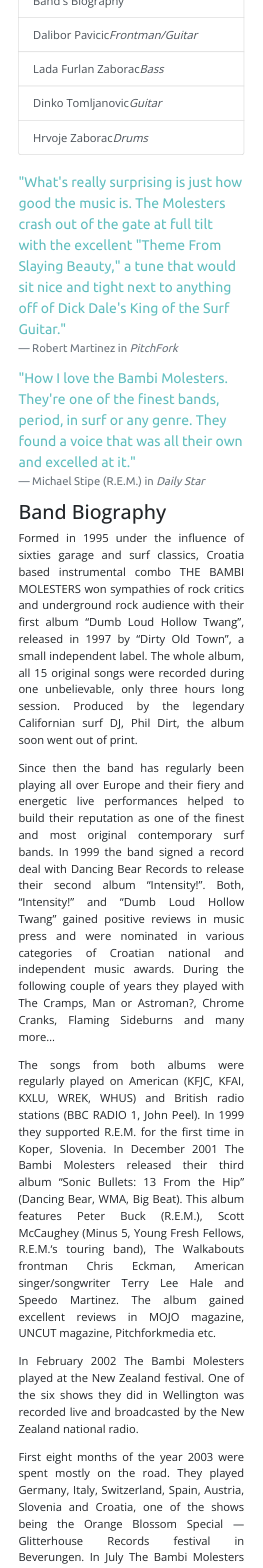
Repository: NamcorStudent/Stream_1_Project_HTML5-CSS3
Page: about.html
The author's editor kept a record of every edit. The page is drawn from the files as they stood at one moment, then again after the next edit.
The browser window is 375 px wide. The pictures show the part of the page from y = 309 to 2549 px (the page is 5405 px tall before and 5434 px after), at 70% of full size.
Some web libraries are served in a nearby version.

Above is the page before.

### about.html
<!DOCTYPE html>
<html lang="en">

<head>
    <meta charset="UTF-8">
    <meta name="viewport" content="width=device-width, initial-scale=1.0">
    <meta http-equiv="X-UA-Compatible" content="ie=edge">
    <link rel="stylesheet" href="https://maxcdn.bootstrapcdn.com/bootstrap/4.2.1/css/bootstrap.min.css" type="text/css" />
    <link rel="stylesheet" href="https://maxcdn.bootstrapcdn.com/font-awesome/4.7.0/css/font-awesome.min.css" type="text/css" />
    <link rel="stylesheet" href="assets/css/style.css" type="text/css" />
    <title>The Bambi Molesters | Official</title>
</head>

<body>
    <!--Alert for subscription-->
    <div class="container-fluid alert-container">
        <div class="row d-none d-sm-block no-gutters">
            <div class="col-12">
                <div class="alert alert-warning">
                    <strong>NEW feature is on!</strong> Weekly update on gigs, festivals and product with prizes to collect. <a href="#" data-toggle="modal" data-target="#subscribeModal">Click here to suscribe on Newsletter</a>
                </div>
            </div>
        </div>
    </div>
    <!--Social & Nav-->
    <div class="container-fluid nav-wrapper">
        <nav class="navbar navbar-light navbar-expand-sm">
            <div class="social-links mr-auto">
                <ul class="list-inline social-links">
                    <li class="list-inline-item">
                        <a target="_blank" href="https://www.facebook.com/pages/category/Musician-Band/The-Bambi-Molesters-10150106968535328/">
                            <i class="fa fa-facebook" aria-hidden="true"></i>
                            <span class="sr-only">Facebook</span>
                        </a>
                    </li>
                    <li class="list-inline-item">
                        <a target="_blank" href="https://open.spotify.com/artist/1dRGueaS4tR1zmizinwXbx">
                            <i class="fa fa-spotify" aria-hidden="true"></i>
                            <span class="sr-only">Spotify</span>
                        </a>
                    </li>
                    <li class="list-inline-item">
                        <a target="_blank" href="https://www.youtube.com/user/bambimolesters">
                            <i class="fa fa-youtube" aria-hidden="true"></i>
                            <span class="sr-only">YouTube</span>
                        </a>
                    </li>
                    <li class="list-inline-item">
                        <a target="_blank" href="https://www.instagram.com/explore/tags/bambimolesters/">
                            <i class="fa fa-instagram" aria-hidden="true"></i>
                            <span class="sr-only">Instagram</span>
                        </a>
                    </li>
                    <li class="list-inline-item">
                        <a target="_blank" href="https://twitter.com/bambimolesters?lang=en">
                            <i class="fa fa-twitter" aria-hidden="true"></i>
                            <span class="sr-only">Twitter</span>
                        </a>
                    </li>
                    <li class="list-inline-item">
                        <a target="_blank" href="https://www.discogs.com/artist/342698-The-Bambi-Molesters">
                            <button class="btn btn-dark" aria-hidden="true">Shop</button>
                            <span class="sr-only">Shop</span>
                        </a>
                    </li>
                </ul>
            </div>
            <!-- Collaps Nav-Same container as nav-->

            <button class="navbar-toggler" type="button" data-toggle="collapse" data-target="#navbarTogglerDropdown" aria-controls="navbarTogglerDemo02" aria-expanded="false" aria-label="Toggle navigation">
            <span class="navbar-toggler-icon"></span>
            </button>
            <div class="collapse navbar-collapse" id="navbarTogglerDropdown">
                <ul class="navbar-nav ml-auto">
                    <li class="nav-item mr-2"><a class="nav-link" href="index.html">Home</a></li>
                    <li class="active nav-item mr-2"><a class="nav-link" href="about.html">About</a></li>
                    <li class="nav-item dropdown mr-2">
                        <a class="nav-link dropdown-toggle" href="#" id="navbarDropdownMenuLink" role="button" data-toggle="dropdown" aria-haspopup="true" aria-expanded="false">
                          Media
                        </a>
                        <div class="dropdown-menu" aria-labelledby="navbarDropdownMenuLink">
                            <a class="dropdown-item" href="video.html">Video</a>
                            <a class="dropdown-item" href="music.html">Music</a>
                            <a class="dropdown-item" href="gallery.html">Gallery</a>
                        </div>
                    </li>
                    <li class="nav-item mr-2"><a class="nav-link" href="gigs.html">Gigs</a></li>
                    <li class="nav-item mr-2"><a class="nav-link" href="contact.html">Contact</a></li>
                    <li class="nav-item mr-2 d-block d-sm-none"><a class="nav-link btn btn-success" href="#" data-toggle="modal" data-target="#subscribeModal">Click to suscribe on Newsletter!!!</a></li>
                </ul>
            </div>
        </nav>
    </div>
    <!-- Callout & BG Image-->
    <div class="container-fluid callout-container">
        <div class="row">
            <div class="col-3 page-title">
                <h1><span>About</span></h1>
            </div>
            <div class="col-12 hero-image">
                <div class="row ">
                    <div class="col">
                        <div class="jumbotron text-center">
                            <h6 class="d-block d-sm-none">Special occasion comming up?</h6>
                            <p class="lead d-none d-sm-block">Get world's best surf band to make the groove..</p>
                            <p><button class="btn btn-lg btn-success btn-cta" data-toggle="modal" data-target="#signUpModal">Hire us!</button></p>
                        </div>
                    </div>
                </div>
                <a href="index.html"><img src="assets/images/about1024x814.jpg"></img></a>
            </div>
        </div>
    </div>


    <!--Content unique to the page-->
    <div class="conteiner-fluid page-content-container">
        <div class="row">
            <div class="col-sm-4" id="band-selection">
                <div class="list-group band-memebers">
                    <a href="#written-biography" class="list-group-item list-group-item-action">
                           Band's Biography</a>
                    <a href="#dalibor" class="list-group-item list-group-item-action">
                           Dalibor Pavicic<i>Frontman/Guitar</i></a>
                    <a href="#lada" class="list-group-item list-group-item-action">
                           Lada Furlan Zaborac<i>Bass</i></a>
                    <a href="#dinko" class="list-group-item list-group-item-action">
                           Dinko Tomljanovic<i>Guitar</i></a>
                    <a href="#hrvoje" class="list-group-item list-group-item-action">
                           Hrvoje Zaborac<i>Drums</i></a>
                </div>
                <div class="row quotes">
                    <div class="col">
                        <blockquote class="blockquote">
                            <p class="mb-0">"What's really surprising is just how good the music is. The Molesters crash out of the gate at full tilt with the excellent "Theme From Slaying Beauty," a tune that would sit nice and tight next to anything off of Dick Dale's
                                King of the Surf Guitar."</p>
                            <footer class="blockquote-footer">Robert Martinez in <cite title="Source Title">PitchFork</cite></footer>
                        </blockquote>
                        <blockquote class="blockquote">
                            <p class="mb-0">"How I love the Bambi Molesters. They're one of the finest bands, period, in surf or any genre. They found a voice that was all their own and excelled at it."</p>
                            <footer class="blockquote-footer">Michael Stipe (R.E.M.) in <cite title="Source Title">Daily Star</cite></footer>
                        </blockquote>
                        <blockquote class="blockquote d-none d-sm-block">
                            <p class="mb-0">"You really can't label greatness, or categorize awesomeness. There are too many things to say about the Bambi Molesters."</p>
                            <footer class="blockquote-footer">Bob Patino in <cite title="Source Title">Times New Roman</cite></footer>
                        </blockquote>
                        <blockquote class="blockquote d-none d-sm-block">
                            <p class="mb-0">"They did, and kept rising the bar for all others. Production on the masterpiece "As The Dark Wave Swells" was perfection, demonstrating how established and comfortable a band can be, with clear musical goals."</p>
                            <footer class="blockquote-footer">Robert Christgau in <cite title="Source Title">Rolling Stone</cite></footer>
                        </blockquote>
                        <blockquote class="blockquote d-none d-sm-block">
                            <p class="mb-0">"Dalibor setting most of the tone with confidence, while Dinko flies around him like some obsessed raptor. Innovative use of twin guitar lines, where lead and rhythm intersect in ways never heard before, changing roles, creating
                                incredible rich textures by use of contrast and tasteful orchestration. "</p>
                            <footer class="blockquote-footer">Eamon Dunphy in <cite title="Source Title">The Washington Post</cite></footer>
                        </blockquote>
                        <blockquote class="blockquote d-none d-sm-block">
                            <p class="mb-0">"The Bambi Molesters were one of these bands that demonstrated to me how there was "something different" about European modern instrumental bands, where the melodic content was so memorable and not a rehash of early 60s licks,
                                riffs and phrases."</p>
                            <footer class="blockquote-footer">Anne Midgette in <cite title="Source Title">Der Spiegel</cite></footer>
                        </blockquote>

                    </div>
                </div>
            </div>
            <div class="col-sm-8 band-bio-container" id="band-bio">
                <h3 id="written-biography">Band Biography</h3>
                <p>Formed in 1995 under the influence of sixties garage and surf classics, Croatia based instrumental combo THE BAMBI MOLESTERS won sympathies of rock critics and underground rock audience with their first album “Dumb Loud Hollow Twang”,
                    released in 1997 by “Dirty Old Town”, a small independent label. The whole album, all 15 original songs were recorded during one unbelievable, only three hours long session. Produced by the legendary Californian surf DJ, Phil Dirt,
                    the album soon went out of print.</p>
                <p>Since then the band has regularly been playing all over Europe and their fiery and energetic live performances helped to build their reputation as one of the finest and most original contemporary surf bands. In 1999 the band signed a record
                    deal with Dancing Bear Records to release their second album “Intensity!”. Both, “Intensity!” and “Dumb Loud Hollow Twang” gained positive reviews in music press and were nominated in various categories of Croatian national and independent
                    music awards. During the following couple of years they played with The Cramps, Man or Astroman?, Chrome Cranks, Flaming Sideburns and many more…</p>
                <p>The songs from both albums were regularly played on American (KFJC, KFAI, KXLU, WREK, WHUS) and British radio stations (BBC RADIO 1, John Peel). In 1999 they supported R.E.M. for the first time in Koper, Slovenia. In December 2001 The
                    Bambi Molesters released their third album “Sonic Bullets: 13 From the Hip” (Dancing Bear, WMA, Big Beat). This album features Peter Buck (R.E.M.), Scott McCaughey (Minus 5, Young Fresh Fellows, R.E.M.‘s touring band), The Walkabouts
                    frontman Chris Eckman, American singer/songwriter Terry Lee Hale and Speedo Martinez. The album gained excellent reviews in MOJO magazine, UNCUT magazine, Pitchforkmedia etc.</p>
                <p>In February 2002 The Bambi Molesters played at the New Zealand festival. One of the six shows they did in Wellington was recorded live and broadcasted by the New Zealand national radio.</p>
                <p>First eight months of the year 2003 were spent mostly on the road. They played Germany, Italy, Switzerland, Spain, Austria, Slovenia and Croatia, one of the shows being the Orange Blossom Special — Glitterhouse Records festival in Beverungen.
                    In July The Bambi Molesters supported R.E.M. on three shows of their European tour (Locarno/CH, Wien/A, Wiesbaden/D).</p>
                <p>Immediately after the touring stopped the band went to studio to re-record their first album, rearranging some of the songs, and adding bonus tracks. The so-called remake of their out-of-print album titled “Dumb Loud Hollow Twang – Deluxe”
                    was released in December 2003. A bonus DVD featuring documentary about the band, “The Bambi Molesters Backstage Pass”, that includes footage shot 1999-2003 (covering band’s different shows as well as Bambi Molesters’ R.E.M. support
                    act gigs) was exclusively added to this release.</p>
                <p>In January 2004 The Bambi Molesters joined forces with Walkabouts’ frontman Chris Eckman and formed “The Strange”. The band worked with Phil Brown (engineer and co-producer) in the Slovenian studio Metro in Ljubljana where they recorded
                    a collaboration album “Nights of Forgotten Films”, released in 2004. Upon release, in Summer 2004 a promo tour took place with special guest Scott McCaughey. Some of the recordings taken live during this tour can be heard on the second
                    The Strange release, “Comin’ Undone” EP, released at the end of the same year.</p>
                <p>In Spring and Autumn 2009 the band recorded new songs for the fourth studio album, “As the Dark Wave Swells”. Album was released at the begining of 2010. Highly acclaimed in the music press (Uncut, Q Magazine, Sunday Times, The Sun), the
                    album reaffirmed The Bambi Molesters as one of the most interesting modern instrumental rock combos. Two years of live shows followed, many of them done in the accompaniment of additional musicians (keyboards and brass section) which
                    instigated the idea of recording a live album and doing a concert movie.</p>
                <p>Latest release, a double live album “A Night in Zagreb” was released in December 2011. It consists of a double CD & DVD featuring the band’s first concert movie, a music “film noir” account of the show done in March the same year, directed
                    by Marc Littler.</p>
                <a href="#band-selection" class="d-none d-sm-block"><button type="button" class="btn btn-outline-secondary">Return to the top of the page!</button></a>
                <a href="about.html" class="d-sm-none"><button type="button" class="btn btn-outline-secondary">Return to the top of the page!</button></a>
                <h3 id="dalibor">Dalibor Pavicic</h3>
                <p>Music attracts him from small feet. His mother was a chemical technician, and his father worked at the refinery laboratory. He encouraged him to play music for him and he was no match against the environment in which he lived, unlike most
                    domestic rockers, rather than just the opposite - a window into a more colorful life. "I played a drum I did not have in primary school, so I hit the probes in a large empty detergent box. Then there was a lack of detergent, so when
                    I entered the bus, the old people were jealous because they were interested in where I bought it - says Dalibor. He has gone through various music genres, eventually falling in love with the surf instrument he has met with guitarist
                    Dinko.
                </p>
                <a href="#band-selection" class="d-none d-sm-block"><button type="button" class="btn btn-outline-secondary">Return to the top of the page!</button></a>
                <a href="about.html" class="d-sm-none"><button type="button" class="btn btn-outline-secondary">Return to the top of the page!</button></a>
                <h3 id="lada">Lada Furlan Zaborac</h3>
                <p>She was born in 1976 in Sisak where she lives and works. She graduated from Literature and English in Zagreb, a musician and translator. She has performed Jack Kerouac, Neil Younga and Orwell Animal Farm, and is the music scene of the
                    The Bambi Molesters bassist group and (since 2004) The Strange group.</p>
                <a href="#band-selection" class="d-none d-sm-block"><button type="button" class="btn btn-outline-secondary">Return to the top of the page!</button></a>
                <a href="about.html" class="d-sm-none"><button type="button" class="btn btn-outline-secondary">Return to the top of the page!</button></a>
                <h3 id="dinko">Dinko Tomljanovic</h3>
                <p>"Dinko was my neighbor, who then played some African music on a guitar, and when I first heard him, I could not believe how good he was. We first started as a vocal band, but when people told us they were instrumental better, I quit singing.
                    I believe we were different from other bands because of that and that helped, "says Dalibor.</p>
                <a href="#band-selection" class="d-none d-sm-block"><button type="button" class="btn btn-outline-secondary">Return to the top of the page!</button></a>
                <a href="about.html" class="d-sm-none"><button type="button" class="btn btn-outline-secondary">Return to the top of the page!</button></a>
                <h3 id="hrvoje">Hrvoje Zaborac</h3>
                <p>We played without bass and drum. But since Sisak is a small town, my friend sent me to a super drummer and so we came to Hrvoje. Lada, his girlfriend who finished the music school, then played the piano. We wondered if he wanted to try
                    us on bass and that's how they came up with Bambies - says Dalibor, who named the band Bambi Molesters for a laugh.</p>
                <a href="#band-selection" class="d-none d-sm-block"><button type="button" class="btn btn-outline-secondary">Return to the top of the page!</button></a>
                <a href="about.html" class="d-sm-none"><button type="button" class="btn btn-outline-secondary">Return to the top of the page!</button></a>
            </div>
        </div>
    </div>

    <!---Modal for subscription-->
    <div class="modal" tabindex="-1" role="dialog" id="subscribeModal">
        <div class="modal-dialog" role="document">
            <div class="modal-content">
                <div class="modal-header">
                    <h5 class="modal-title">Subscribe to New TBM Newsletter!</h5>
                    <button type="button" class="close" data-dismiss="modal" aria-label="Close">
          <span aria-hidden="true">&times;</span>
        </button>
                </div>
                <div class="modal-body">
                    <p>Updates on gigs, prizes and uniquie band products;)</p>
                    <hr>
                    <form>
                        <div class="form-group">
                            <label for="InputEmail">Email address</label>
                            <input type="email" class="form-control" id="InputEmail" aria-describedby="emailHelp" placeholder="Enter email">
                            <small id="emailHelp" class="form-text text-muted">We'll never share your email with anyone else.</small>
                        </div>
                        <div class="form-group">
                            <label for="VerifyEmail">Verefy Email address</label>
                            <input type="email" class="form-control" id="VerifyEmail" aria-describedby="VerifyEmail" placeholder="Verify email">
                            <small id="emailHelp" class="form-text text-muted">You may un-suscribe at any moment. Details in Confiramtion Email.</small>
                        </div>
                        <button type="submit" class="btn btn-success">Subscribe</button>
                    </form>
                </div>
            </div>
        </div>
    </div>

    <script src="https://code.jquery.com/jquery-3.3.1.slim.min.js" integrity="sha384-q8i/X+965DzO0rT7abK41JStQIAqVgRVzpbzo5smXKp4YfRvH+8abtTE1Pi6jizo" crossorigin="anonymous"></script>
    <script src="https://cdnjs.cloudflare.com/ajax/libs/popper.js/1.14.7/umd/popper.min.js" integrity="sha384-UO2eT0CpHqdSJQ6hJty5KVphtPhzWj9WO1clHTMGa3JDZwrnQq4sF86dIHNDz0W1" crossorigin="anonymous"></script>
    <script src="https://stackpath.bootstrapcdn.com/bootstrap/4.3.1/js/bootstrap.min.js" integrity="sha384-JjSmVgyd0p3pXB1rRibZUAYoIIy6OrQ6VrjIEaFf/nJGzIxFDsf4x0xIM+B07jRM" crossorigin="anonymous"></script>
</body>

</html>

### assets/css/style.css
@import url('https://fonts.googleapis.com/css?family=Open+Sans:100,200,300,400,500,600,700,800,900 | Ubuntu: 100,200,300,400,500,600,700,800,900');

/* ---------------------------------------GENERAL CONTENT */

/* Alert */

.alert-container {
    padding: 0;
    margin: 0;
    border: 0;
}

.alert-warning {
    margin: 0;
    padding: 5px 15px;
    color: #86733b;
    background-color: #ffd962;
    border-color: #ffd962;
}

/* Social */

.navbar .social-links li a i {
    margin: 0;
    width: 25px;
    height: 25px;
    padding: 12px 0;
    border-radius: 20%;
    line-height: 1px;
    text-align: center;
    vertical-align: center;
    color: #000;
    background: #fff;
    transition: all 0.35s ease-in-out;
    -moz-transition: all 0.35s ease-in-out;
    -webkit-transition: all 0.35s ease-in-out;
    -o-transition: all 0.35s ease-in-out;
}


.list-inline{
    margin: 0;
    font-size: 1.35rem;
}

.list-inline-item:not(:last-child) {
    margin-right: 1.1rem;
}

.btn-dark {
    color: #fff;
    background-color: #5c6269;
    border-color: #5c6269;
    padding: 0 2px;
    display: block;
}

/* Navigation */

.nav-wrapper{
    position: relative;
    top: 0;
    left: 0;
    padding-left: 0;
    padding-right: 0;
}

.nav {
    background-color: #fff;
}

.navbar{
    margin-bottom: 0;
    border: 0;
    width: 100%;
    background-color: #fff;
    padding-right: 7%;
    padding-left: 3%;
    height: 70px;

}

.navbar .navbar-nav a{
    padding: 0 30px;
}


/* Page title */

.row .page-title{
    position: absolute;
}

.offset-span{
    margin-left: 6.4vw;
}

.row .page-title h1{
    font-size: 5vw;
    margin-top: 1vw;
    margin-left: 1vw;
    text-transform: uppercase;
}

/* Jumbotron and Image */
.callout-container {
    /*height: 80vh;*/
    max-height: 450px;
    overflow: hidden;
}

.jumbotron,
.callout-container img {
    width: 70%;
    margin-left: 25%;
}

.hero-image {
    position: relative;
    left: 0;
}

.jumbotron{
    position: absolute;
    background-color: transparent;
    color: #fff;
    margin-left: 23vw;
    padding-top: 2vw;
}

.btn-cta{
    background-color: transparent;
    border: 3px solid #fff;
    text-transform: uppercase;
    font-weight: 600;
    transition: all 0.35s ease-in-out;
    -moz-transition: all 0.35s ease-in-out;
    -webkit-transition: all 0.35s ease-in-out;
    -o-transition: all 0.35s ease-in-out;
}

/* Hover */

.social-links li a i:hover{
    background-color: #000;
    color: #fff;
}

#navbarTogglerDropdown > ul > li:hover{
    font-weight: 500;
}

.btn-cta:hover,
.btn-cta:active,
.btn-cta:focus,
.btn-cta:active:focus {
    background-color: rgba(0,0,0,0.4);
    border-color: #ffd962 ;
    color: #ffd962;
}

/* Media Query for Moblie */

@media (max-width:575px){
#navbarTogglerDropdown {
    background-color: #fff;
    z-index: 1;
    width: 100vw;
    height: 100vh;
    text-align: center;
    text-transform: uppercase;
    }

.list-inline .social-links{
    font-size: 1.35rem;
    }

.social-links .list-inline .list-inline-item{
    margin-right: 0.3rem;
}

#navbarTogglerDropdown > ul > li{
    margin-top: 12%;
    font-size: 20px;
    letter-spacing: 4px;
    }

.quotes{
    font-family: "ubuntu", sans-serif;
    color: #61bebf;
    margin-top: 6vw;
    }
}

/* ------------------------------------ CONTENT UNIQUE TO PAGE */

.page-content-container{
    margin: 0 7%;
    font-family: "Open Sans", sans-serif;
    margin-top: 6vw;
}

.quotes{
    font-family: "ubuntu", sans-serif;
    color: #61bebf;
    margin-top: 6vw;
    font-size: 1.40rem;
}

.btn-outline-secondary{
    margin-bottom: 3vw;
}

.band-bio-container{
    text-align: justify;
    }

After the next edit:
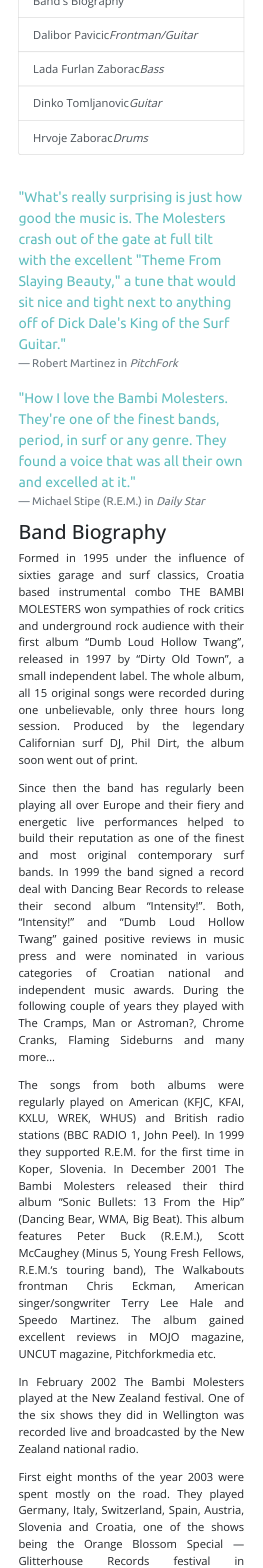
The edit:
--- a/assets/css/style.css
+++ b/assets/css/style.css
@@ -185,9 +185,7 @@
     letter-spacing: 4px;
     }
 
-.quotes{
-    font-family: "ubuntu", sans-serif;
-    color: #61bebf;
+.quotes .blockquote{
     margin-top: 6vw;
     }
 }
